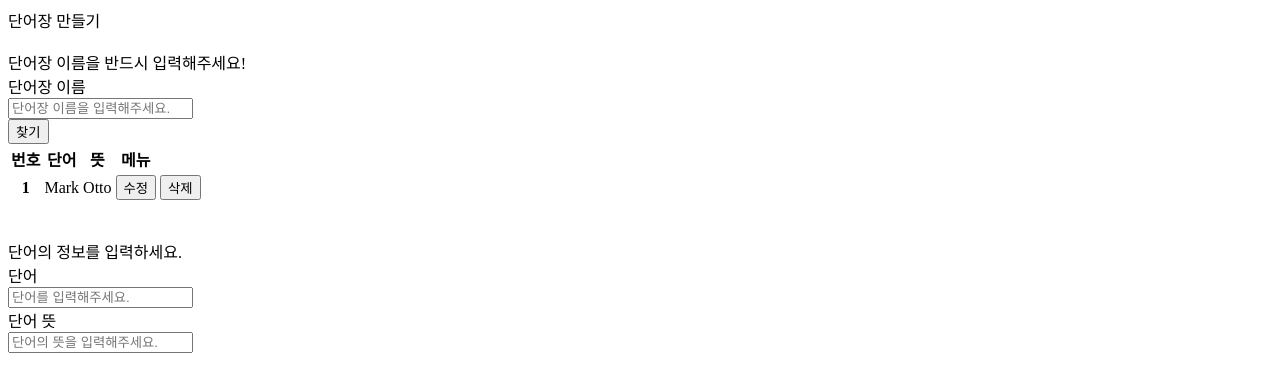
Repository: Pastelkun99/remembrance
Page: http://localhost/ProjectRemembrance/WEB-INF/views/menu_pages/11_makeWordCard.jsp
These files come from the project's save history. The page is drawn as it stood at one moment and after the next save; the edit follows.
The browser window is 1280 px wide. The pictures show the whole page.
The page is served by Tomcat 9. Nobody is signed in. Other server files are loaded and not shown. The template is opened directly, without the code that normally fills it, so the values that code supplies are empty.

Above is the page before, as saved 2019-08-27 13:35:13.

### ProjectRemembrance/src/main/webapp/WEB-INF/views/menu_pages/11_makeWordCard.jsp
<%@ page language="java" contentType="text/html; charset=UTF-8"
	pageEncoding="UTF-8"%>
<%@ taglib uri="http://java.sun.com/jsp/jstl/core" prefix="c"%>
<%@ taglib uri="http://www.springframework.org/tags/form" prefix="form"%>

<div class="container">
	<div class="alert alert-success" role="alert">단어장 만들기</div>
	<br /> <label for="basic-url">단어장 이름을 반드시 입력해주세요!</label>
	<div class="input-group mb-3">
		<div class="input-group-prepend">
			<span class="input-group-text" id="basic-addon1">단어장 이름</span>
		</div>
		<input type="text" class="form-control" id="q_name"
			placeholder="단어장 이름을 입력해주세요." required="required"> </br>
			<button type="button" class="btn btn-primary">찾기</button>
	</div>
	<table class="table">
		<thead class="thead-light">
			<tr>
				<th scope="col">번호</th>
				<th scope="col">단어</th>
				<th scope="col">뜻</th>
				<th scope="col">메뉴</th>
			</tr>
		</thead>
		<tbody>
			<tr>
				<th scope="row">1</th>
				<td>Mark</td>
				<td>Otto</td>
				<td><button type="button" class="btn btn-success">수정</button></td>
				<td><button type="button" class="btn btn-danger">삭제</button></td>
			</tr>
		</tbody>
	</table>

</div>



</br>
</br>
<div class="container" align="left">
	<label for="basic-url"> 단어의 정보를 입력하세요.</label>
	<div class="row">
		<div class="col">
			<div class="input-group mb-3">
				<div class="input-group-prepend">
					<span class="input-group-text" id="basic-addon1">단어</span>
				</div>
				<input type="text" class="form-control" id="q_front"
					placeholder="단어를 입력해주세요." required="required">
			</div>

		</div>
		<div class="col">
			<div class="input-group mb-3">
				<div class="input-group-prepend">
					<span class="input-group-text" id="basic-addon3">단어 뜻</span>
				</div>
				<input type="text" class="form-control" id="q_back"
					placeholder="단어의 뜻을 입력해주세요." required="required">
			</div>

		</div>
	</div>
</div>

After the next save:
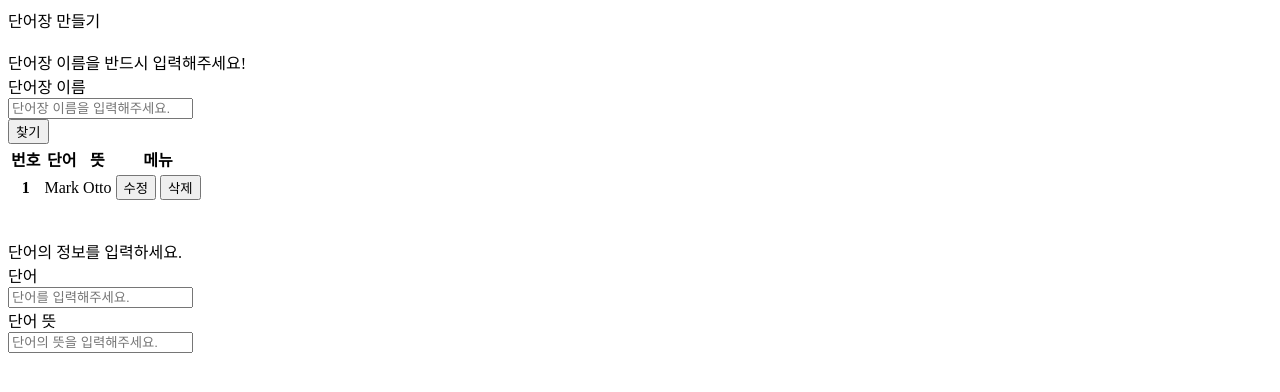
Saved 14 s later.
--- a/ProjectRemembrance/src/main/webapp/WEB-INF/views/menu_pages/11_makeWordCard.jsp
+++ b/ProjectRemembrance/src/main/webapp/WEB-INF/views/menu_pages/11_makeWordCard.jsp
@@ -28,8 +28,8 @@
 				<th scope="row">1</th>
 				<td>Mark</td>
 				<td>Otto</td>
-				<td><button type="button" class="btn btn-success">수정</button></td>
-				<td><button type="button" class="btn btn-danger">삭제</button></td>
+				<td><button type="button" class="btn btn-success">수정</button>
+				<button type="button" class="btn btn-danger">삭제</button></td>
 			</tr>
 		</tbody>
 	</table>
